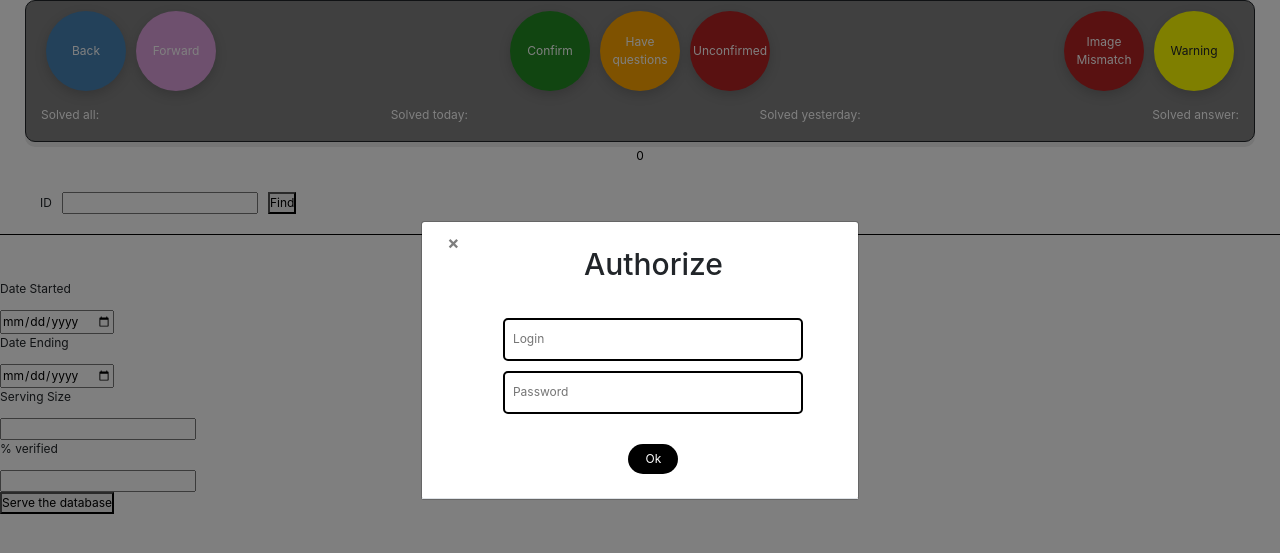
Repository: dmitryglitch/Product-Comparison
Page: /
An editor plug-in stored every save of this project. The page is shown before and after the next save, followed by the edit.
The browser window is 1280 px wide. The pictures show the whole page.
The page's requests for data from a server got no answer. The project was rebuilt for these pictures with package versions that can differ from the ones it lists, and the page was loaded fresh each time. No one was signed in, and anything a server would have sent is missing. Also part of the build but not shown: src/containers/App.css, src/components/Product/ProductOptions.jsx, src/components/Product/ProductImages.jsx, src/components/Product/ProductSpec.jsx, src/components/Product/Product.jsx.

Above is the page before, as saved 2020-02-17 20:45:43.

After the next save:
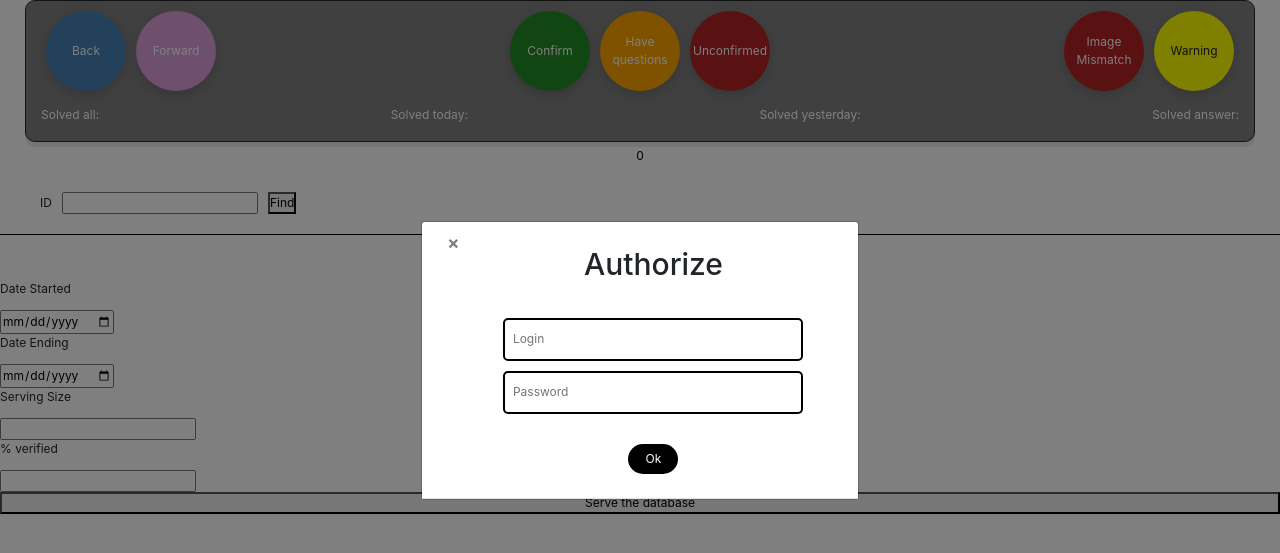
Saved 71 s later.
--- a/src/index.css
+++ b/src/index.css
@@ -448,4 +448,9 @@ code {
     align-items: center;
 }
 
+.review-content-left {
+    display: flex;
+    flex-direction: column;
+}
+
 /* INPUTS */
